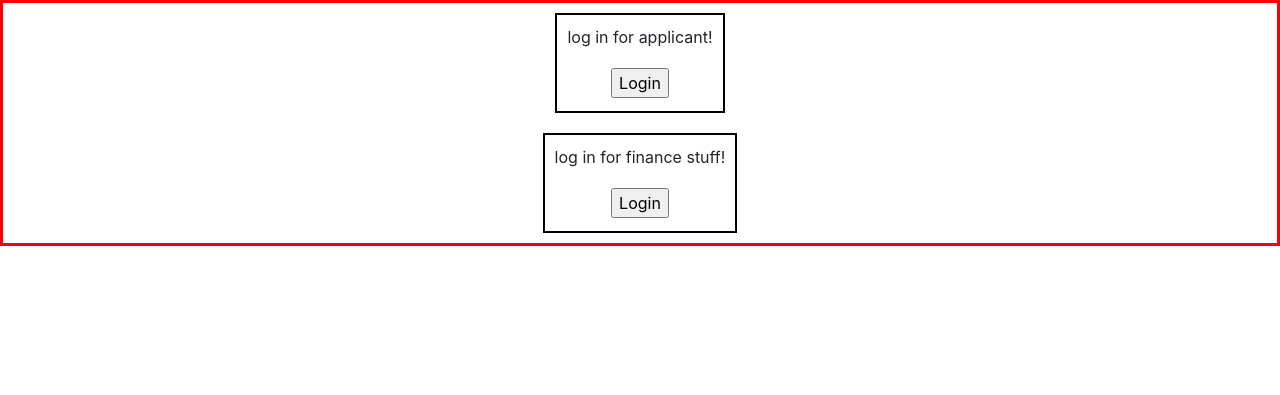
Repository: 2001usfpega/ZhenJ-code
Page: Project1/Showmethemoney/src/main/webapp/resources/html/homepage.html
The author's editor kept a copy of each file at every save. The page is drawn from the files as they stood at one save, then again after the next save.
The browser window is 1280 px wide. The pictures show the whole page.

Above is the page before, as saved 2020-02-10 06:37:57.

After the next save:
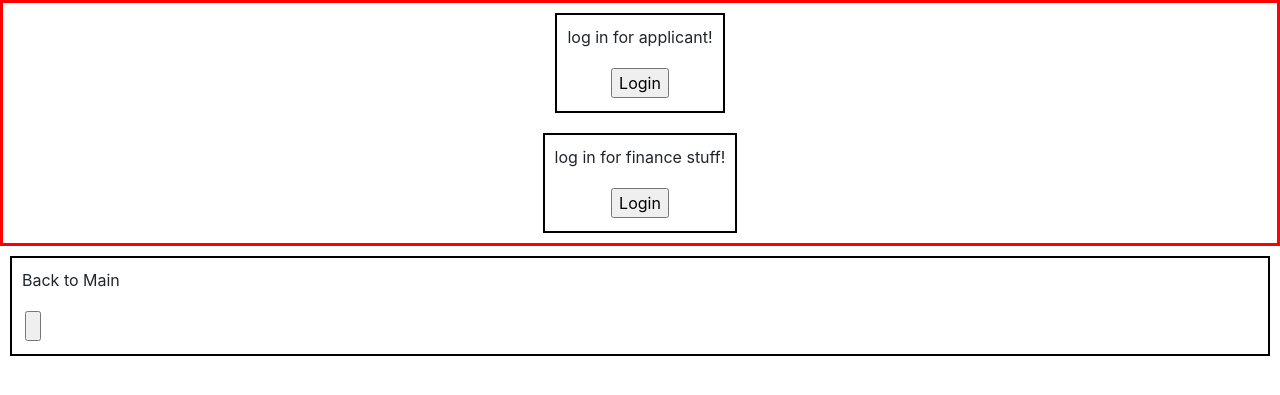
Saved 3 min 1 s later.
--- a/Project1/Showmethemoney/src/main/webapp/resources/html/homepage.html
+++ b/Project1/Showmethemoney/src/main/webapp/resources/html/homepage.html
@@ -29,8 +29,15 @@
 
 
 	</div>
-</body>
 
+
+
+
+
+<form method="post" action="/Showmethemoney/toEmployeeLogIn">
+			<p>Back to Main</p>
+			<input type="submit" value="" />
+		</form>
 
 
 

After the 2 saves that followed:
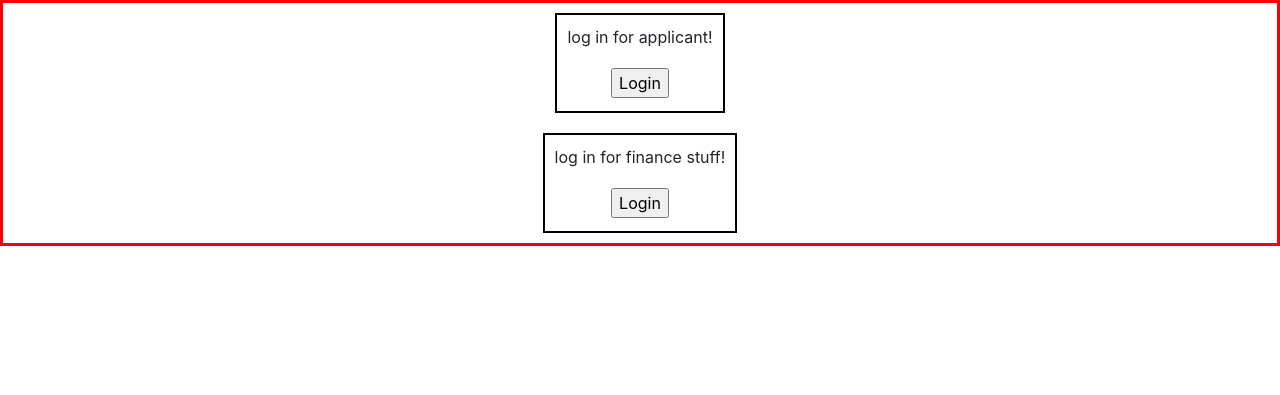
The 2 saves are shown as one change because they came seconds apart.
The last was saved 19 s later.
--- a/Project1/Showmethemoney/src/main/webapp/resources/html/homepage.html
+++ b/Project1/Showmethemoney/src/main/webapp/resources/html/homepage.html
@@ -32,17 +32,6 @@
 
 
 
-
-
-<form method="post" action="/Showmethemoney/toEmployeeLogIn">
-			<p>Back to Main</p>
-			<input type="submit" value="" />
-		</form>
-
-
-
-
-
 <script src="https://code.jquery.com/jquery-3.3.1.slim.min.js"
 	integrity="sha384-q8i/X+965DzO0rT7abK41JStQIAqVgRVzpbzo5smXKp4YfRvH+8abtTE1Pi6jizo"
 	crossorigin="anonymous"></script>
